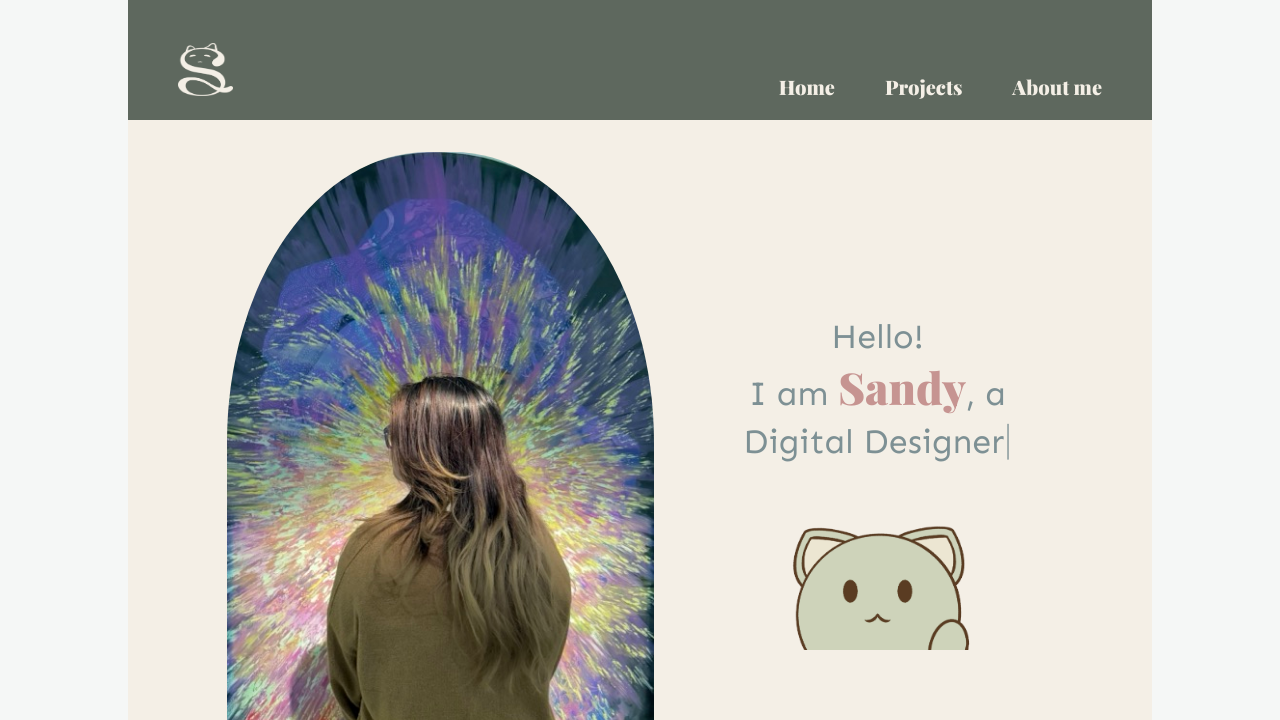
Repository: SandyLy453/portfolio
Page: /
These files come from the project's save history. The page is drawn as it stood at one moment and after the next save; the edit follows.
The browser window is 1280 px wide. The pictures show the whole page.
An inner scrolling area shows only its first screen. The project was rebuilt for these pictures with package versions that can differ from the ones it lists, and the page was loaded fresh each time. The framework's server and built-in components were replaced by stand-ins that run in the browser. Also part of the build but not shown: next.config.mjs, modules/Footer/Footer.module.css, modules/Footer/Footer.js, modules/ProjectCard/ProjectCard.module.css, modules/ProjectCard/Projectcard.js.

Above is the page before, as saved 2025-02-17 18:07:43.

After the next save:
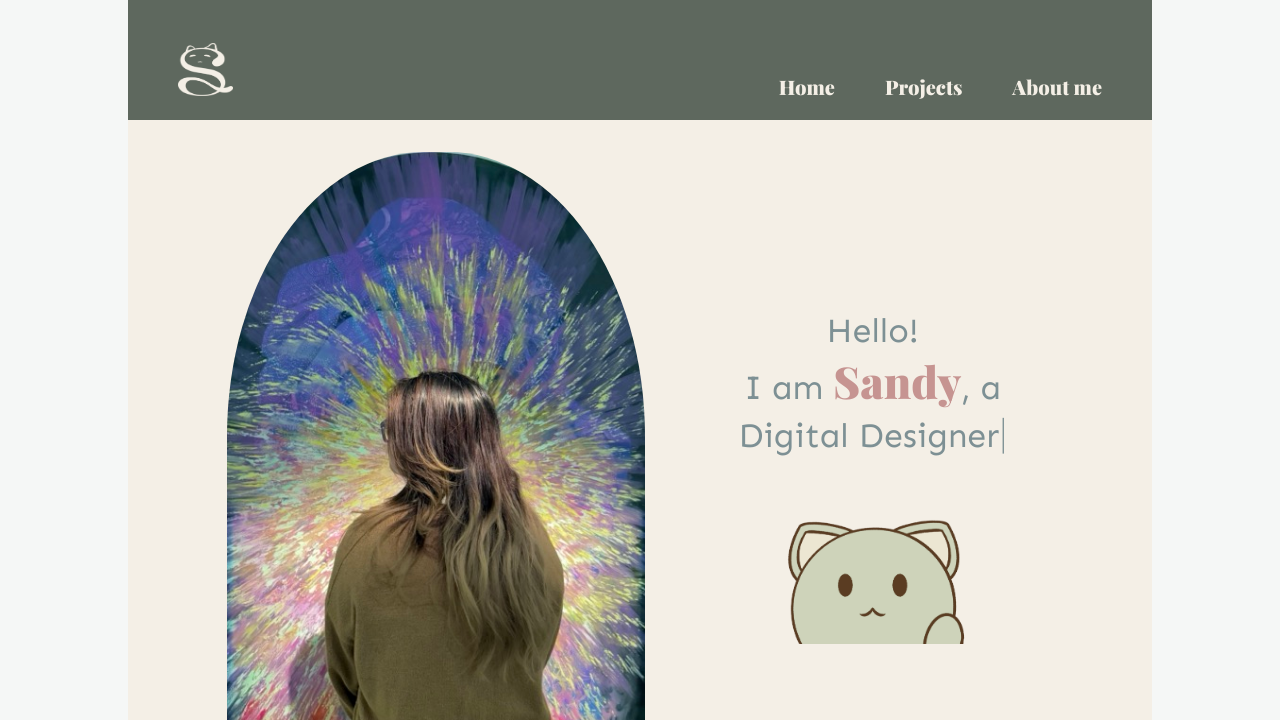
Saved 24 s later.
--- a/styles/Home.module.css
+++ b/styles/Home.module.css
@@ -194,17 +194,14 @@
   }
 
   .coverPhoto {
-    margin: 0 1rem;
+    width: 90%;
+    height: auto;
+    margin: 0 0.7rem;
     bottom: -32px;
   }
 
   .info {
     margin-top: 50px;
-  }
-
-  .coverPhoto {
-    width: 90%;
-    height: auto;
   }
 
   .gif {
